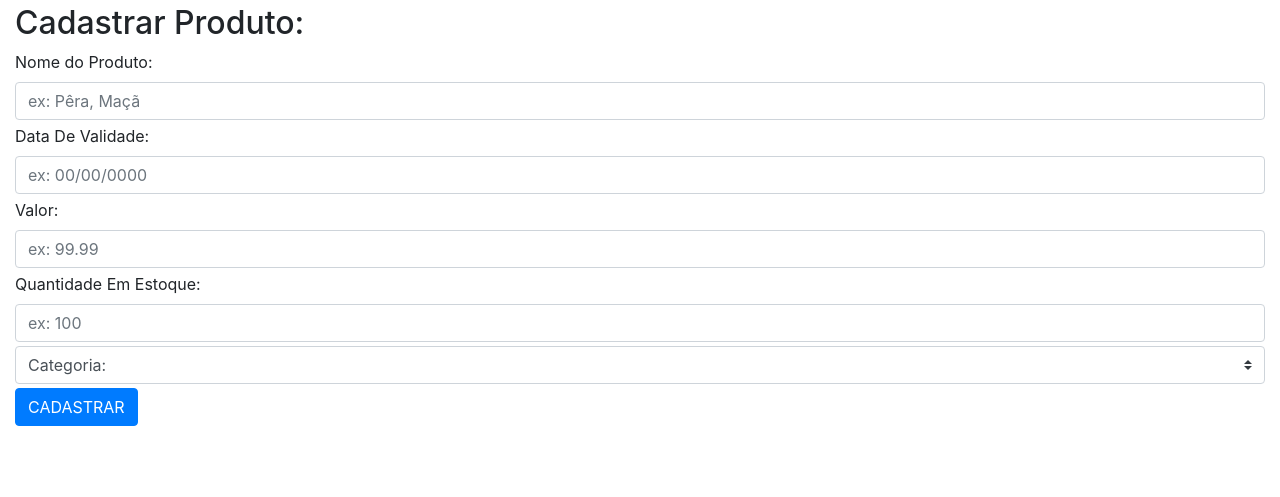
Repository: ricardofelipesilva/sistema
Page: http://localhost/site/controle.jsp
The author's editor kept a copy of each file at every save. The page is drawn from the files as they stood at one save, then again after the next save.
The browser window is 1280 px wide. The pictures show the whole page.
The page is served by Tomcat 9. Other server files are loaded and not shown.

Above is the page before, as saved 2019-07-01 08:26:41.

### site/WebContent/controle.jsp
<%@ taglib uri="http://java.sun.com/jsp/jstl/core" prefix="c" %>
<!DOCTYPE html>
<html>
<head>
<meta charset="ISO-8859-1">
<link rel="stylesheet" href="https://stackpath.bootstrapcdn.com/bootstrap/4.3.1/css/bootstrap.min.css" integrity="sha384-ggOyR0iXCbMQv3Xipma34MD+dH/1fQ784/j6cY/iJTQUOhcWr7x9JvoRxT2MZw1T" crossorigin="anonymous">

<script src="https://code.jquery.com/jquery-3.3.1.slim.min.js" integrity="sha384-q8i/X+965DzO0rT7abK41JStQIAqVgRVzpbzo5smXKp4YfRvH+8abtTE1Pi6jizo" crossorigin="anonymous"></script>
<script src="https://cdnjs.cloudflare.com/ajax/libs/popper.js/1.14.7/umd/popper.min.js" integrity="sha384-UO2eT0CpHqdSJQ6hJty5KVphtPhzWj9WO1clHTMGa3JDZwrnQq4sF86dIHNDz0W1" crossorigin="anonymous"></script>
<script src="https://stackpath.bootstrapcdn.com/bootstrap/4.3.1/js/bootstrap.min.js" integrity="sha384-JjSmVgyd0p3pXB1rRibZUAYoIIy6OrQ6VrjIEaFf/nJGzIxFDsf4x0xIM+B07jRM" crossorigin="anonymous"></script>

<title>Mil Tecnologia | Cadastrar Produto</title>

</head>
<body>
	<form action="./novoproduto" method="post">

	<div class="col-auto my-1">
		<h2>Cadastrar Produto:</h2>
	</div>

	</form>

	<form action="./novoproduto" method="post">
  <div class="col-auto my-1 form-group">
    <label for="exampleInputEmail1">Nome do Produto:</label>
    <input  class="form-control" type="text" name="nome" placeholder="ex: Pêra, Maçã" required>
  </div>
  <div class=" col-auto my-1 form-group">
    <label for="exampleInputEmail1">Data De Validade:</label>
    <input  class="form-control" type="text" name="dataValidade"  placeholder="ex: 00/00/0000" />
  </div>

  <div class=" col-auto my-1 form-group">
    <label for="exampleInputEmail1">Valor:</label>
    <input  class="form-control" type="text" name="valor"  placeholder="ex: 99.99" />
  </div>


     <div class=" col-auto my-1 form-group">
    <label for="exampleInputEmail1">Quantidade Em Estoque:</label>
    <input  class="form-control" type="text" name="quantidadeEstoque"  placeholder="ex: 100" />
  </div>


      <div class="col-auto my-1">
      <select class="custom-select mr-sm-2" id="inlineFormCustomSelect">
        <option selected>Categoria:</option>
        <option value="1">Proteínas</option>
        <option value="2">Laticínios</option>
        <option value="3">Limpeza</option>
        <option value="4">Carnes</option>
      </select>
    </div>
 <div class=" col-auto my-1 form-group">
  <button type="submit" class="btn btn-primary">CADASTRAR</button>
  </div>
</form>


</body>
</html>

After the next save:
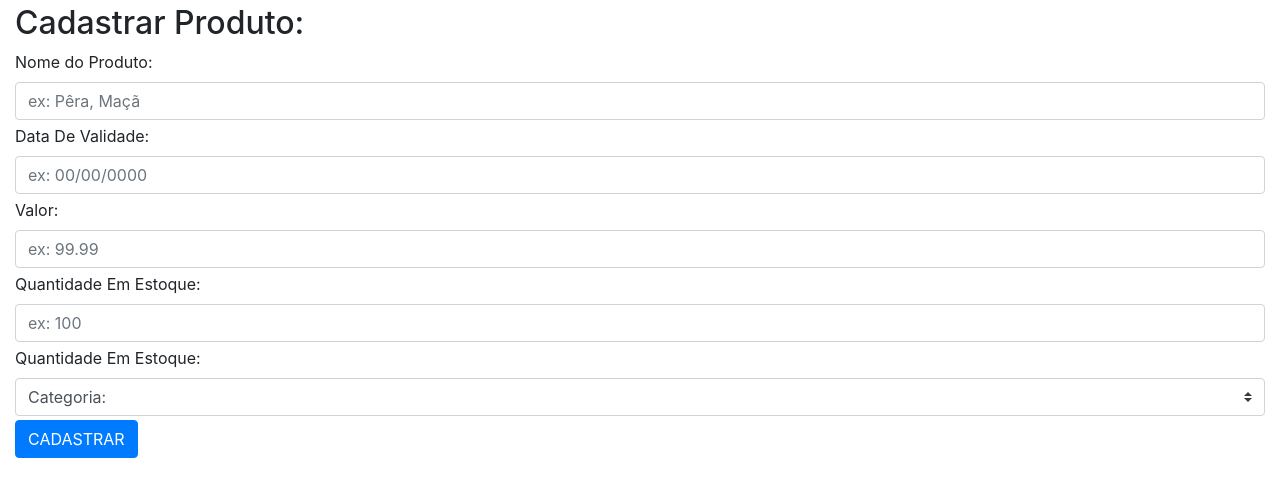
Saved 10 s later.
--- a/site/WebContent/controle.jsp
+++ b/site/WebContent/controle.jsp
@@ -44,6 +44,7 @@
 
 
       <div class="col-auto my-1">
+        <label for="exampleInputEmail1">Quantidade Em Estoque:</label>
       <select class="custom-select mr-sm-2" id="inlineFormCustomSelect">
         <option selected>Categoria:</option>
         <option value="1">Proteínas</option>

After the save that followed:
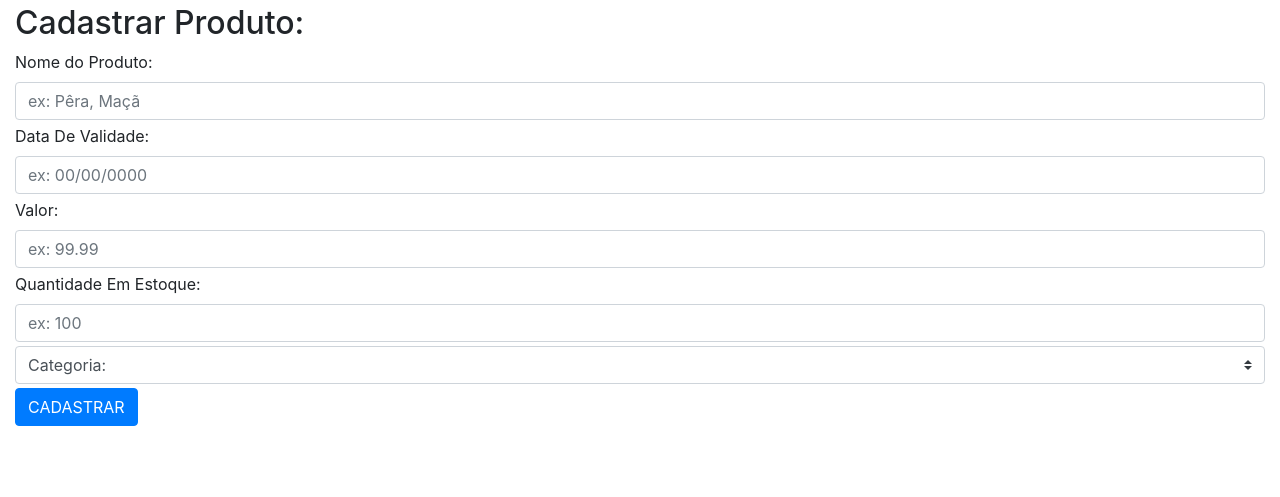
Saved 10 s later.
--- a/site/WebContent/controle.jsp
+++ b/site/WebContent/controle.jsp
@@ -41,10 +41,8 @@
     <label for="exampleInputEmail1">Quantidade Em Estoque:</label>
     <input  class="form-control" type="text" name="quantidadeEstoque"  placeholder="ex: 100" />
   </div>
+      <div class="col-auto my-1">
 
-
-      <div class="col-auto my-1">
-        <label for="exampleInputEmail1">Quantidade Em Estoque:</label>
       <select class="custom-select mr-sm-2" id="inlineFormCustomSelect">
         <option selected>Categoria:</option>
         <option value="1">Proteínas</option>
